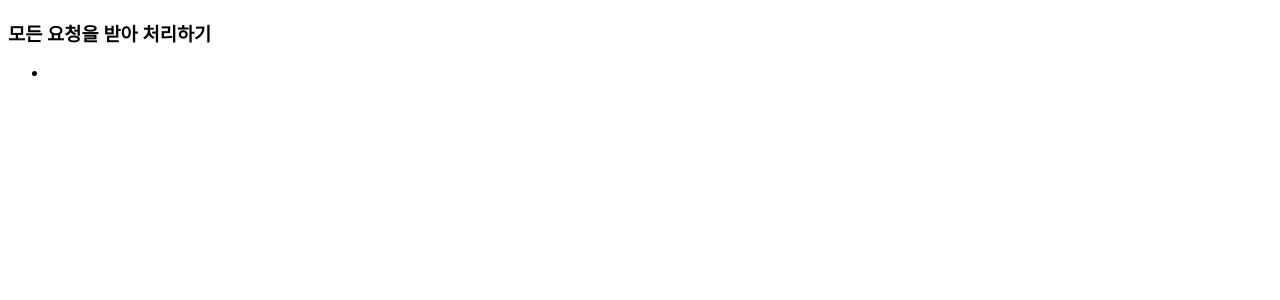
Repository: parkblacksheep/JSP-Servlet
Page: http://localhost/ServletTest/servlet/frontController.jsp
The author's editor kept a copy of each file at every save. The page is drawn from the files as they stood at one save, then again after the next save.
The browser window is 1280 px wide. The pictures show the whole page.
The page is served by Tomcat 9. Other server files are loaded and not shown.

Above is the page before, as saved 2024-07-23 01:51:07.

### ServletTest/src/main/webapp/servlet/frontController.jsp
<%@ page language="java" contentType="text/html; charset=UTF-8"
    pageEncoding="UTF-8"%>
<!DOCTYPE html>

<html>

	<head>
		<meta charset="UTF-8">
		<title>ServletTest</title>
	</head>

	<body>
		<h3>모든 요청을 받아 처리하기</h3>
		<ul>
			<li><a href="../servlet/register.kosta"></a></li>
		</ul>
	</body>
</html>

After the next save:
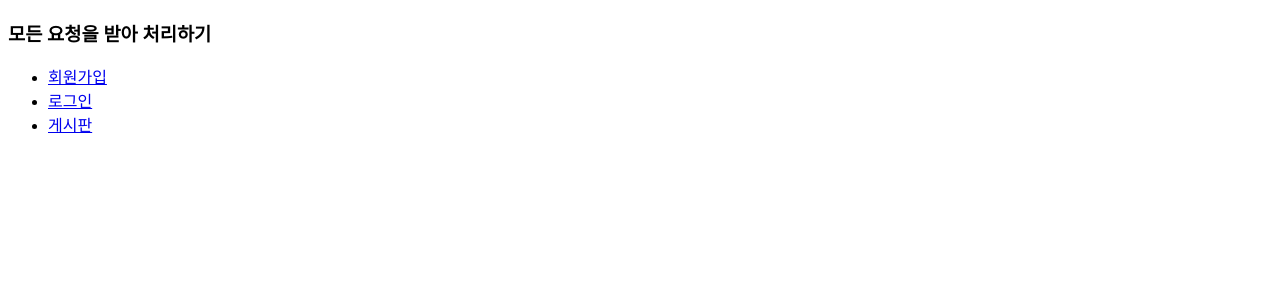
Saved 60 s later.
--- a/ServletTest/src/main/webapp/servlet/frontController.jsp
+++ b/ServletTest/src/main/webapp/servlet/frontController.jsp
@@ -12,7 +12,9 @@
 	<body>
 		<h3>모든 요청을 받아 처리하기</h3>
 		<ul>
-			<li><a href="../servlet/register.kosta"></a></li>
+			<li><a href="../servlet/register.kosta">회원가입</a></li>
+			<li><a href="../servlet/register.kosta">로그인</a></li>
+			<li><a href="../servlet/register.kosta">게시판</a></li>
 		</ul>
 	</body>
 </html>
